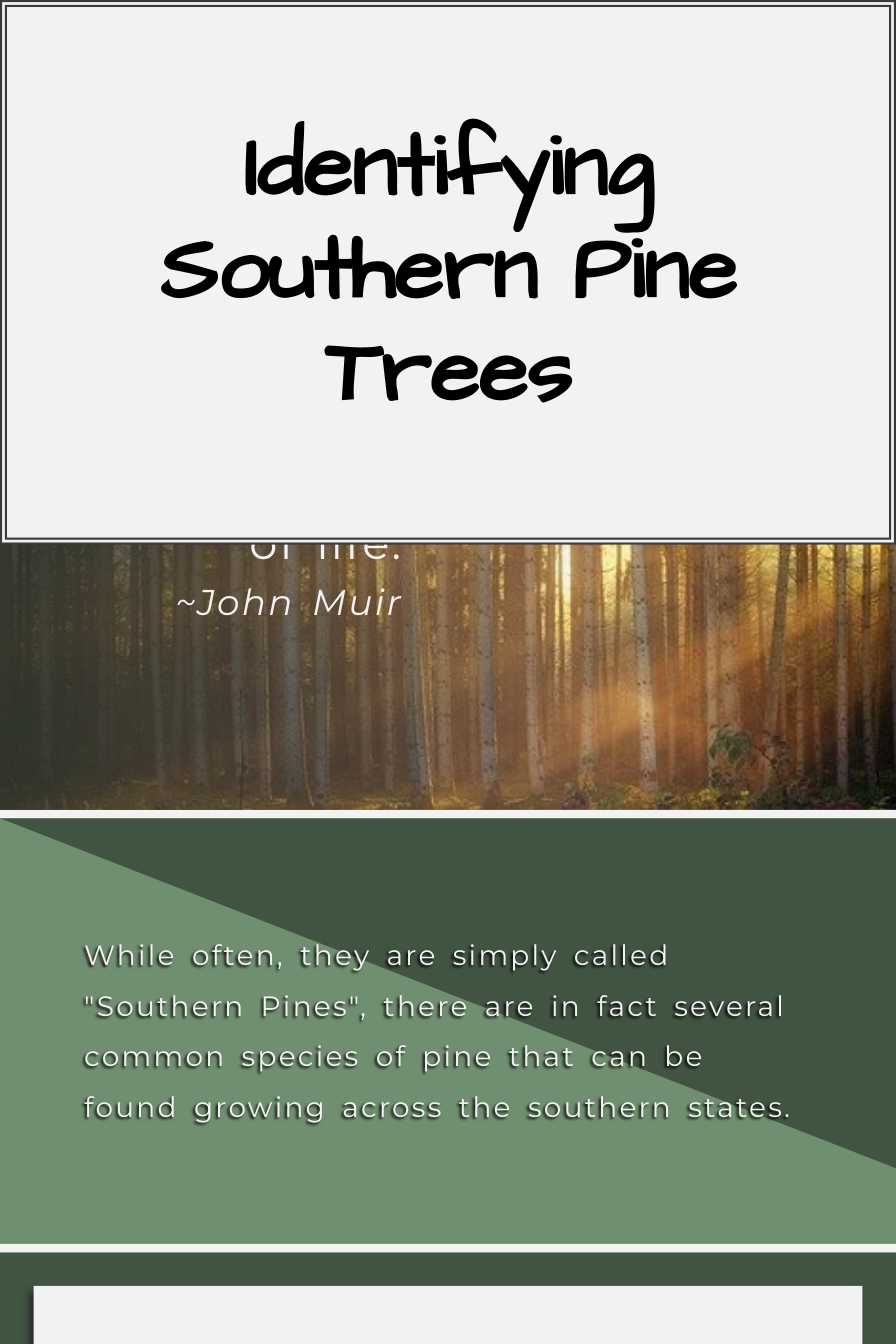
Repository: Sbethm/louisianaPineTrees
Page: pine_main.html
An editor plug-in stored every save of this project. The page is shown before and after the next save, followed by the edit.
The browser window is 1280 px wide. The pictures show the part of the page from y = 0 to 1920 px (the page is 2832 px tall), at 70% of full size.
The style sheet was rebuilt from its Sass, Less or Tailwind sources for each picture, by a compiler version that may differ from the author's.

Above is the page before, as saved 2021-09-24 11:33:48.

### pine_main.html
<!DOCTYPE html>
<html lang="en">
<head>
    <meta charset="UTF-8">
    <meta http-equiv="X-UA-Compatible" content="IE=edge">
    <meta name="viewport" content="width=device-width, initial-scale=1.0">
    <link rel="preconnect" href="https://fonts.googleapis.com">
    <link rel="preconnect" href="https://fonts.gstatic.com" crossorigin>
    <link href="https://fonts.googleapis.com/css2?family=Architects+Daughter&family=Montserrat:ital,wght@0,400;0,500;0,700;1,400;1,500;1,700&display=swap" rel="stylesheet">
    <!--
        headerFont: 'Architects Daughter', cursive;
        mainFont: 'Montserrat', sans-serif;
    -->
    <link rel="stylesheet" href="./CSS/main.css">
    <title>Louisiana Pine Trees</title>
</head>
<body>
    <header>
        <!-- <a href="#" class="logo">
            SarahMoosa
        </a> -->
        <h1>Identifying Southern Pine Trees</h1>
    </header>
    <main>
        <div class="hero-container container">
            <div class="hero__background-grad">
                <p class="hero__quote">Between every two pine trees there is a door leading to a new way of life. <br><cite>John Muir</cite></p>
            </div>
        </div>
        <div class="container triangle-bg">
            <div class="triangle-left"></div>
            <div class="triangle-right"></div>
            <p class="call-to-action">While often, they are simply called "Southern Pines", there are in fact several common species of pine that can be found growing across the southern states.
            </p>
        </div>
        <div class="questions-container container">
        </div>
        <div class="results-btn btn">
                <button>Next</button>
        </div>
        <div class="results"></div>

    </main>
    <script src="apps.js"></script>
</body>

### apps.js
const questionsArr = [
    {
        quest: "How many needles are in the bundle?",
        an: {
            a: "1",
            b: "2"
        }
    },
    {
        quest: "Blahasf?",
        an: {
            a: "trw",
            b: "fdb"
        }
    },
    {
        quest: "How many needles are in the bundle?",
        an: {
            a: "1",
            b: "2"
        }
    },
    {
        quest: "How many needles are in the bundle?",
        an: {
            a: "1",
            b: "2"
        }
    },
    {
        quest: "How many needles are in the bundle?",
        an: {
            a: "1",
            b: "2"
        }
    }
];

const questCont = document.querySelector('.questions-container');
const quest = document.querySelector('.question');
const options = document.querySelector('.options');
const nextBtn = document.querySelector('button');

let num = 0;

window.addEventListener('load', () => {

    let questVis = questionsArr[num];
    questCont.innerHTML =
                `<section class="question-wrapper">
                    <div class="question">
                        <p class="question__text">${questVis.quest}</p>
                    </div>
                    <div class="options">
                        <div class="answer"><p>${questVis.an.a}</p></div>
                        <div class="answer"><p>${questVis.an.b}</p></div>
                    </div>
                </section>
                `;

})

nextBtn.addEventListener('click', () => {
    num++;

    let questVis = questionsArr[num];
    questCont.innerHTML =
                `<section class="question-wrapper">
                    <div class="question">
                        <p class="question__text">${questVis.quest}</p>
                    </div>
                    <div class="options">
                        <div class="answer"><p>${questVis.an.a}</p></div>
                        <div class="answer"><p>${questVis.an.b}</p></div>
                    </div>
                </section>
                `;

})

### src/scss/main.scss
@import "./variables", "./mixins", "./normalize";


// ============ GLOBAL STYLES ============
*, *::before, *::after {
    box-sizing: border-box;
}

body {
    margin: 0;
    background-color: $mainColorLi;
}

header {
    position: fixed;
    top: 0;
    width: 100vw;
    background-color: $mainColorLi;
}

h1{
    position: relative;
    margin: 0 auto;
    padding: 1em 1.5em;
    padding-top: calc(1em + 40px);
    width: fit-content;
    font-family: $headerFont;
    font-size: 10vw;
    text-align: center;
    background-color: $mainColorLi;
    // border: 20px solid #3a3a3a;


    &::before {
        content: "";
        position: absolute;
        width: calc(100% - 80px);
        height: calc(100% - 41px);
        border: 40px solid #f1f1f1;
        box-sizing: content-box;
        top: 0;
        left: 0;
    }

    &::after {
        content: "";
        position: absolute;
        width: 100%;
        height: calc(100% + 40px);
        border: 10px double #3a3a3a;
        top: 0px;
        left: 0px;
    }
}

p {
    margin: 0;
    padding: 4em 3em;
    font-family: $mainFont;
    font-size: 2.5rem;
    letter-spacing: 0.2rem;
    word-spacing: 0.5rem;
    line-height: 4.5rem;
    color: $mainColorLi;
}

.container {
    background-color: $mainColorDr;
}

// ============ HERO STYLES ============
.hero-container {
    background-image: url(../img/forest-pine.jpg);
    background-repeat: no-repeat;
    background-size: cover;
    border-bottom: 12px solid $mainColorLi;
}

.hero__background-grad {
    background: linear-gradient(90deg, rgba(57,64,53,0.7721463585434174) 0%, rgba(242,242,242,0.19791666666666663) 66%, rgba(242,242,242,0) 100%);
}

.hero__quote {
    padding: 4em 1em;
    width: 50%;
    text-align: right;
    font-size: 4rem;
    line-height: 5rem;
    letter-spacing: 0.2rem;
    word-spacing: 0.5rem;

    & cite {
        font-size: 0.8em;

        &::before {
            content: "~";
        }
    }
}

// ============ CALL-TO-ACTION STYLES ============
.call-to-action {
    border-bottom: 12px solid $mainColorLi;
}

.triangle-bg {
    display: grid;
    grid-template-columns: 100vw;
    grid-template-rows: 100%;
    align-content: center;

    & p {
        grid-row: 1 / 1;
        grid-column: 1 / 1;
        text-shadow: -3px 3px 4px #020202;
    }

    & .triangle-left{
        grid-row: 1 / 1;
        grid-column: 1 / 1;
        border-style: solid;
        border-width: 500px 0 0 100vw;
        border-color: transparent transparent transparent $acColorLi;
    }
}

.questions-container{
    padding: 3em;
    background-color: $mainColorDr;

}

.question-wrapper {
    background-color: $mainColorLi;
    box-shadow: -7px 9px 10px 0px #272626;

    & .question__text {
        padding-bottom: 0;
        font-weight: 700;
        text-align: center;
        color: $acColorLi;
    }
}

.options {
    display: flex;
    flex-direction: row;
    justify-content: center;
}

.answer {
    margin: 6em;
    padding: 0;
    width: fit-content;
    min-width: 150px;
    border-radius: 100px;
    box-shadow: -5px 5px 10px 0px #696767;
    @include transition(all .3s ease);

    & p {
        padding: 1em 2em;
        text-align: center;
        font-weight: 600;
        color: $acColorLi;
    }

    &:hover, :focus {
        background-color: #f8cb6b;
        box-shadow: -5px 5px 10px 0px #696767;
    }
}

.results-btn {
    display: flex;
    justify-content: center;
    background-color: $mainColorDr;
}

button {
    margin: 1em 0 2em 0;
    padding: 1em 3em;
    font-family: $mainFont;
    font-size: 3rem;
    letter-spacing: 0.2rem;
    font-weight: 700;
    color: $acColorLi;
    border-radius: 100px;
    box-shadow: -7px 9px 10px 0px #272626;
}




//This code was used to cause grid items to over lap. It worked very well, but I think it is unnecessary and bulkier code than I need for the result that I want.
// .intro-container {
//     display: grid;
//     grid-template-columns: 50% 50%;
//     grid-auto-rows: 100%;

//     & img {
//         grid-column: 1/3;
//         grid-row: 1;
//         display: inline;
//         max-width: 100%;
//         z-index: 1;
//     }

//     & .quote {
//         grid-column: 2/3;
//         grid-row: 1;
//         align-self: center;
//         z-index: 9;
//     }
// }

### src/scss/_variables.scss
//COLORS
$mainColorDr: hsl(120, 12%, 29%);
$mainColorLi: hsl(0, 0%, 95%);
$acColorLi: hsl(120, 12%, 50%);
$acColorDr: hsl(0, 0%, 5%);

//FONTS
$headerFont: 'Architects Daughter', cursive;
$mainFont: 'Montserrat', sans-serif;

### src/scss/_mixins.scss
// ====== Transitions ======

@mixin transition($args...) {
    transition: $args;
}


// ====== Transitions ======
// ====== Transitions ======
// ====== Transitions ======

Loaded but not shown: src/scss/_normalize.scss (common file)

After the next save:
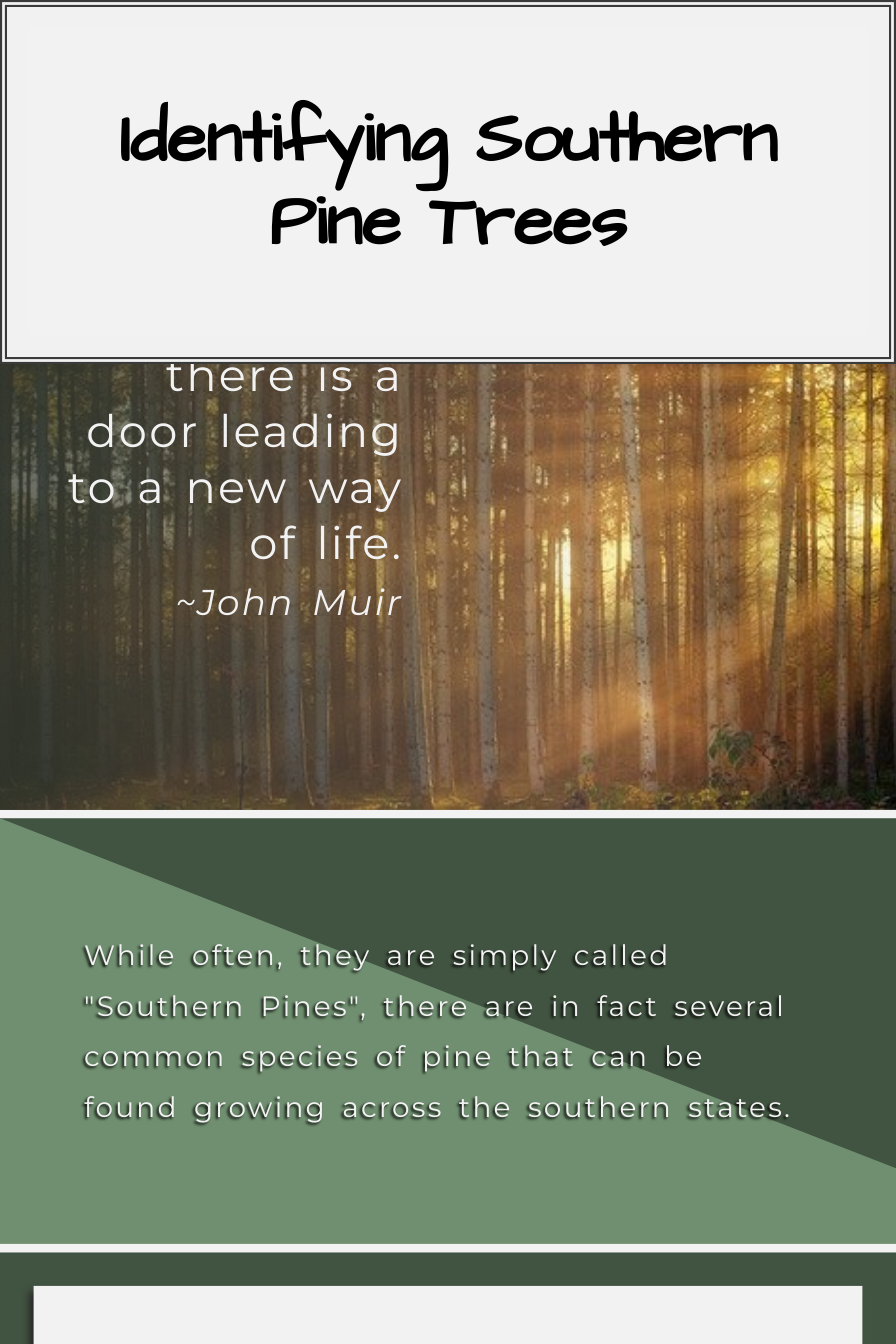
Saved 6 s later.
--- a/src/scss/main.scss
+++ b/src/scss/main.scss
@@ -25,7 +25,7 @@ h1{
     padding-top: calc(1em + 40px);
     width: fit-content;
     font-family: $headerFont;
-    font-size: 10vw;
+    font-size: 8vw;
     text-align: center;
     background-color: $mainColorLi;
     // border: 20px solid #3a3a3a;
